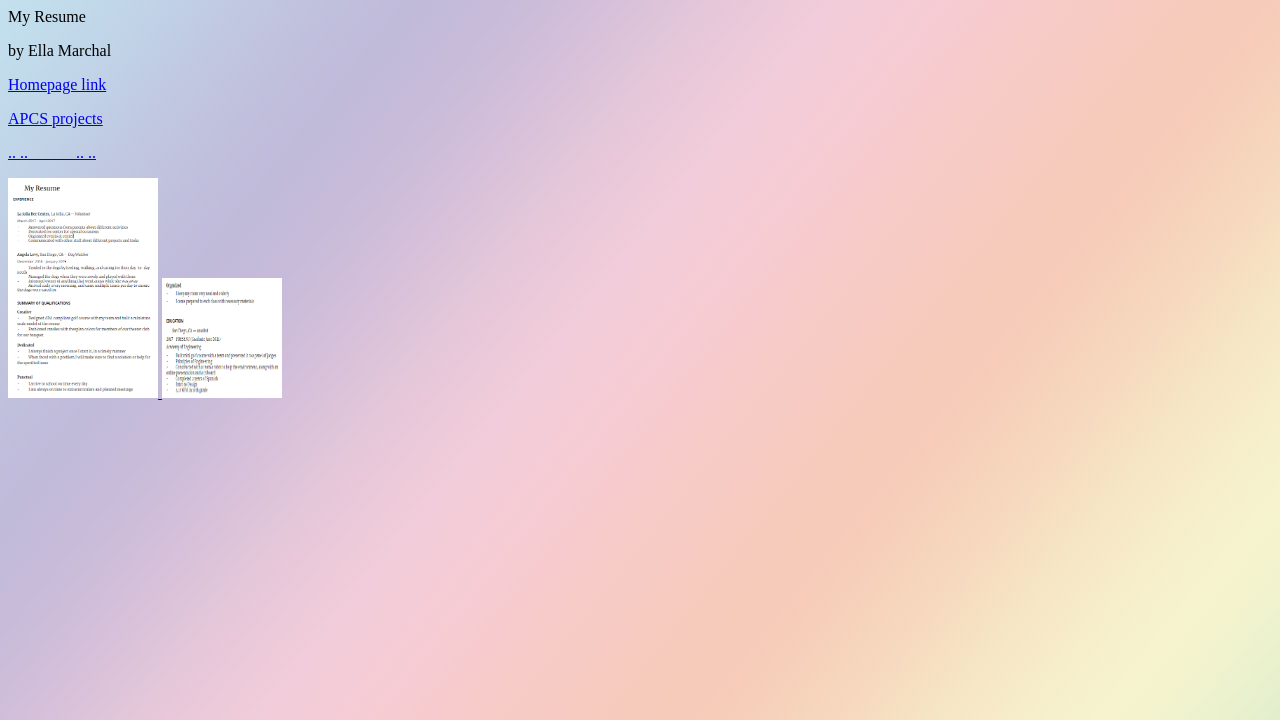
Repository: ella-m/ella-m.github.io
Page: Resume.html
The author's editor kept a record of every edit. The page is drawn from the files as they stood at one moment, then again after the next edit.
The browser window is 1280 px wide. The pictures show the whole page.

Above is the page before.

### Resume.html
<!DOCTYPE html>
<html>
<head>
<style>
body {
  background-image: url('images/websiteback.jpg');
}
</style>

<title>Title Page</title>
</head>
<body>

</h5>My Resume</h5>
<p>by Ella Marchal</p>


<p><a href="index.html">Homepage link</p>

<p><a href="apcs.html">APCS projects</p>


<p>..    .. _____ ..   ..</p>

<img src="images/snip-resume1.PNG" alt="my resume text" width="150" height="220">
<img src="images/snip-resume2.PNG" alt="my resume text 2" width="120" height="120">

</body>
</html>

After the next edit:
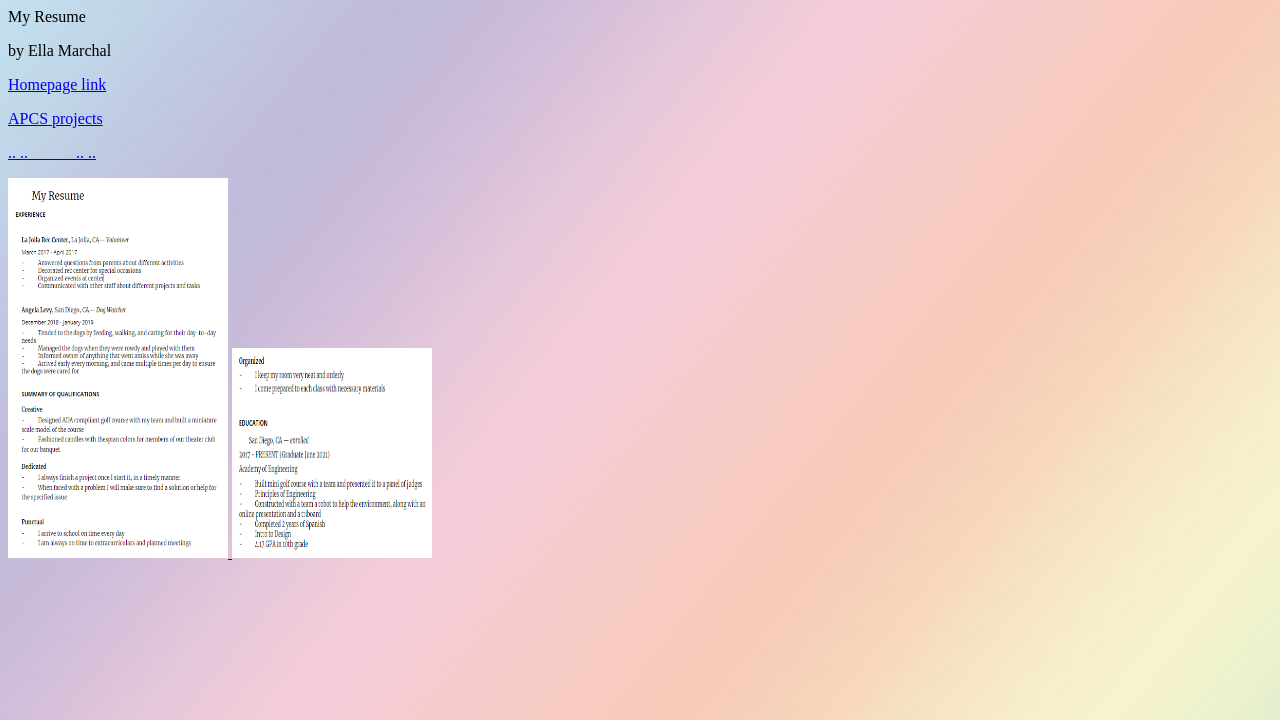
The edit:
--- a/Resume.html
+++ b/Resume.html
@@ -22,8 +22,8 @@
 
 <p>..    .. _____ ..   ..</p>
 
-<img src="images/snip-resume1.PNG" alt="my resume text" width="150" height="220">
-<img src="images/snip-resume2.PNG" alt="my resume text 2" width="120" height="120">
+<img src="images/snip-resume1.PNG" alt="my resume text" width="220" height="380">
+<img src="images/snip-resume2.PNG" alt="my resume text 2" width="200" height="210">
 
 </body>
 </html>
